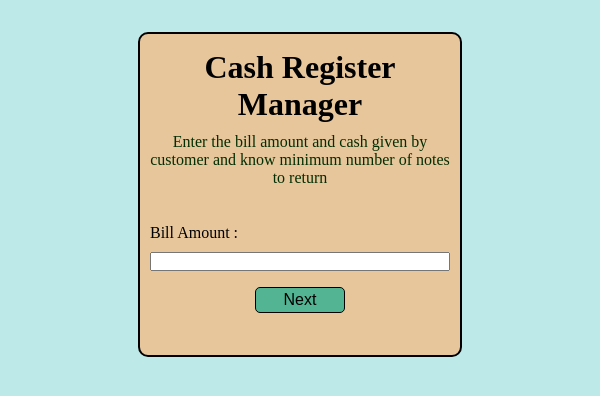
Repository: patelamancode/Cash-register-manager-app
Page: index.html
The author's editor kept a copy of each file at every save. The page is drawn from the files as they stood at one save, then again after the next save.
The browser window is 600 px wide. The pictures show the whole page.

Above is the page before, as saved 2022-11-18 16:06:22.

After the next save:
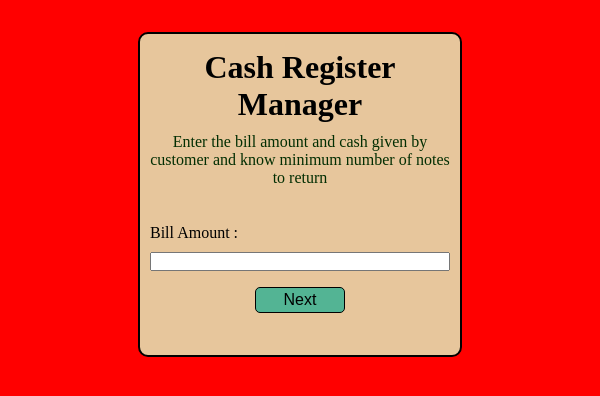
Saved 5 min 23 s later.
--- a/index.css
+++ b/index.css
@@ -72,3 +72,14 @@ table{
     width: 50vw;
     margin: auto;
 }
+
+
+
+
+
+
+@media(max-width: 700px){
+    body{
+        background-color: red;
+    }
+}

After the save that followed:
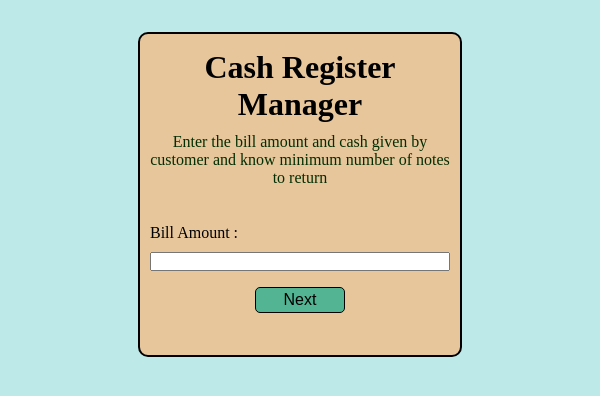
Saved 2 min 16 s later.
--- a/index.css
+++ b/index.css
@@ -79,7 +79,4 @@ table{
 
 
 @media(max-width: 700px){
-    body{
-        background-color: red;
-    }
 }
